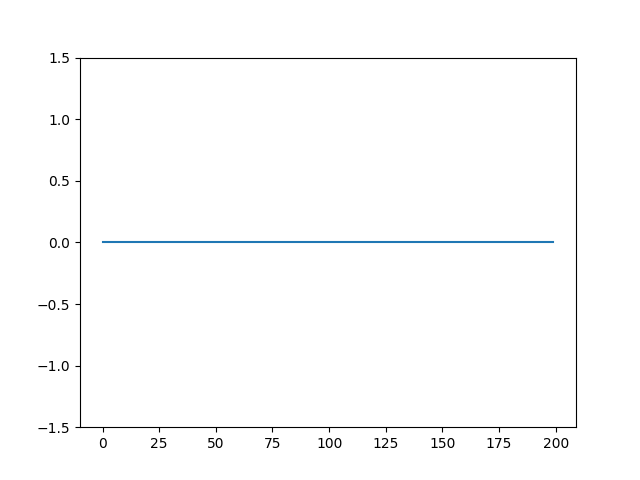
Repository: khulqu15/drone_smc_copppelia
Script's output: python py/realtime.py
An editor plug-in stored every save of this project. The script's output is shown before and after the next save, followed by the edit.
Animations are shown at an early frame. Random numbers start from a fixed seed.

Above is the script's output before, as saved 2024-06-24 00:13:49.

After the next save:
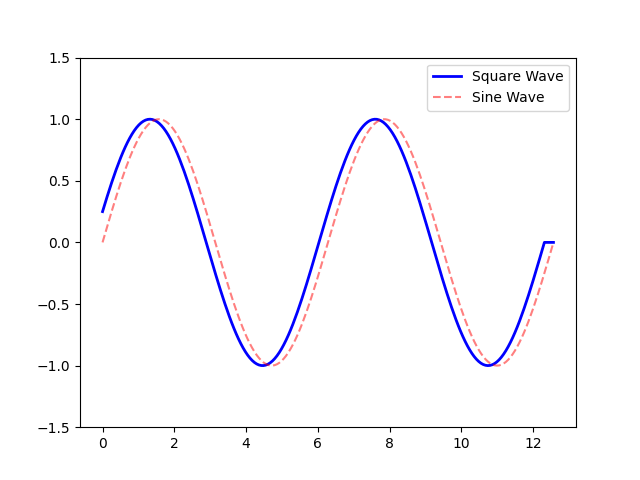
Saved 2 min 19 s later.
--- a/py/realtime.py
+++ b/py/realtime.py
@@ -6,11 +6,14 @@ x_len = 200
 y_range = [-1.5, 1.5]
 
 fig, ax = plt.subplots()
-xs = list(range(0, x_len))
-ys = [0] * x_len
+xs = np.linspace(0, 4 * np.pi, x_len)
+ys = np.sin(xs)
+square_ys = np.sign(ys)
 ax.set_ylim(y_range)
 
-line, = ax.plot(xs, ys)
+line, = ax.plot(xs, square_ys, 'b-', linewidth=2, label='Square Wave')
+sine_line, = ax.plot(xs, ys, 'r--', alpha=0.5, label='Sine Wave')
+ax.legend()
 
 def update(frame):
     ys[:-1] = ys[1:]
